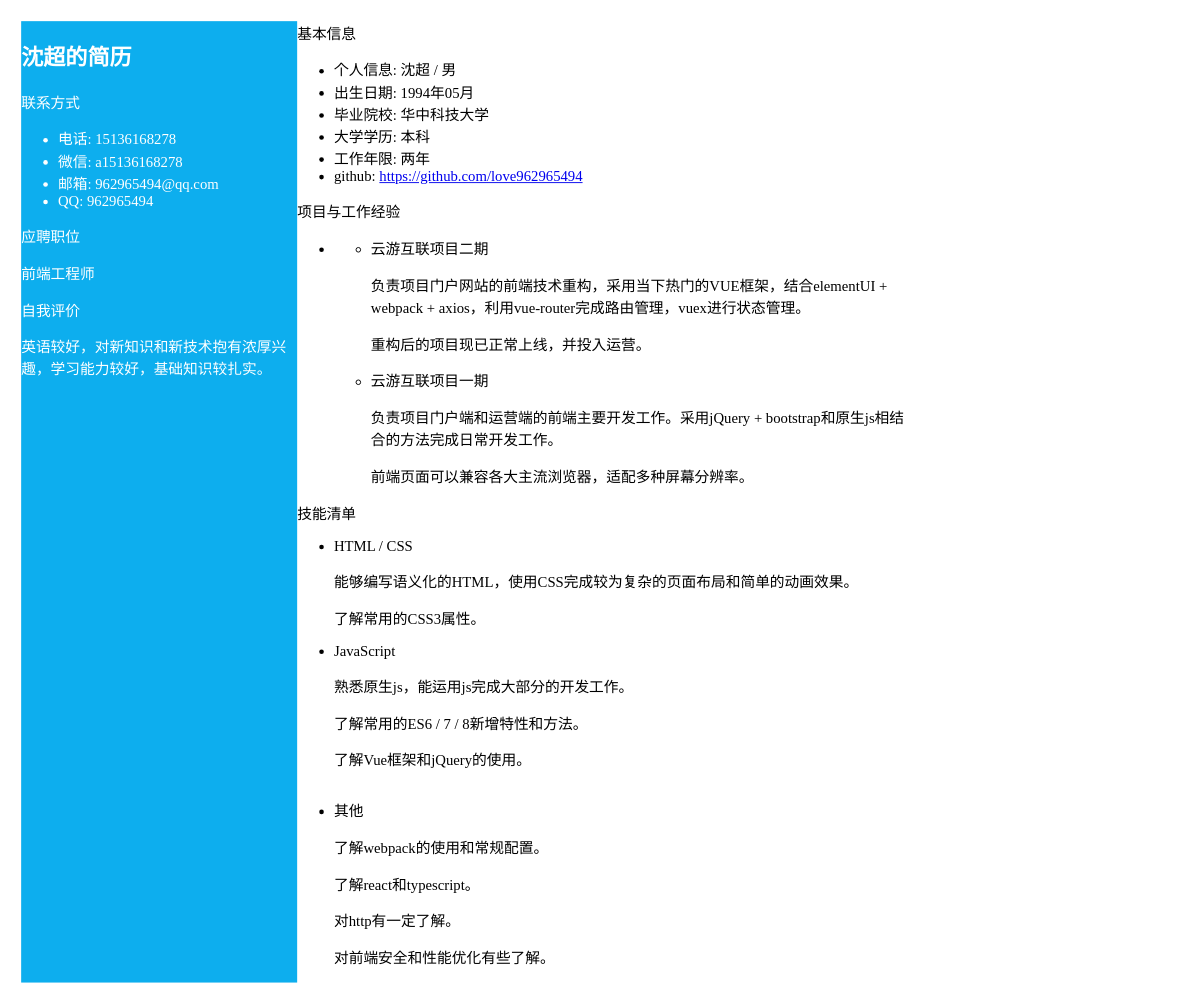
Repository: love962965494/my-resume
Page: index.html
These files come from the project's save history. The page is drawn as it stood at one moment and after the next save; the edit follows.
The browser window is 1280 px wide. The pictures show the whole page, at 92% of full size.
The style sheet was rebuilt from its Sass, Less or Tailwind sources for each picture, by a compiler version that may differ from the author's.

Above is the page before, as saved 2018-09-02 16:55:20.

After the next save:
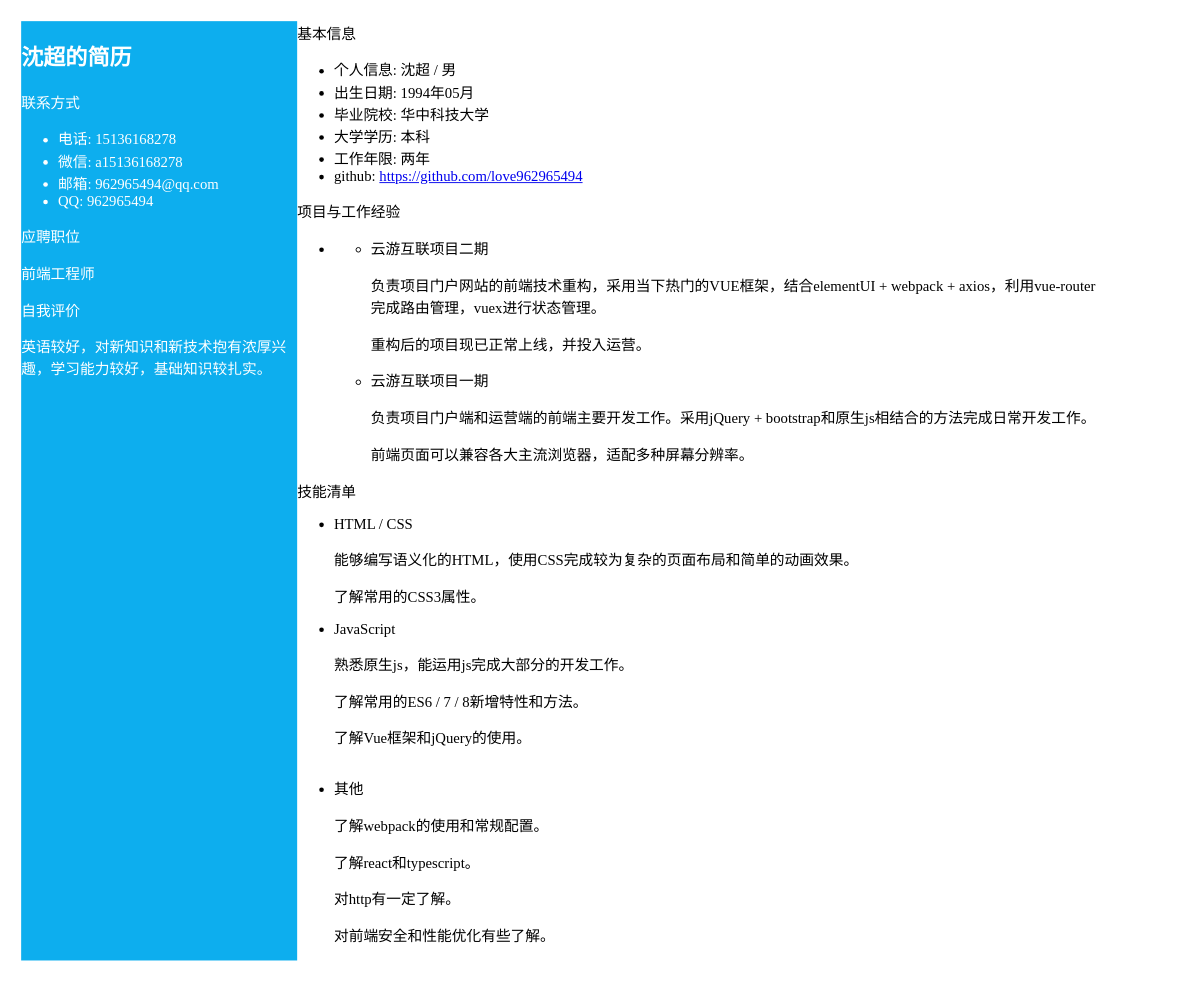
Saved 35 s later.
--- a/styles/myResume.scss
+++ b/styles/myResume.scss
@@ -2,9 +2,15 @@
   text-align: center;
 }
 
+@media (min-width: 992px) {
+  .container {
+    width: 970px;
+  }
+}
+
 @media (min-width: 1200px) {
   .container {
-    width: 960px;
+    width: 1170px;
   }
 }
 
